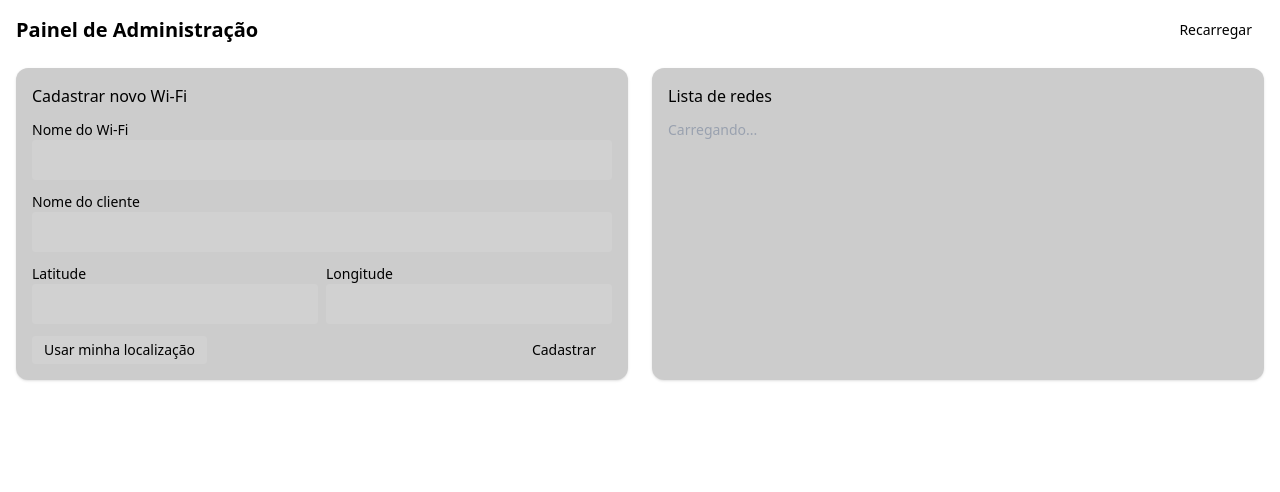
Repository: GRUPOMAX/redes.wifi
Page: /admin
An editor plug-in stored every save of this project. The page is shown before and after the next save, followed by the edit.
The browser window is 1280 px wide. The pictures show the whole page.
The page's requests for data from a server got no answer. The project was rebuilt for these pictures with package versions that can differ from the ones it lists, and the page was loaded fresh each time. No one was signed in, and anything a server would have sent is missing. Also part of the build but not shown: vite.config.ts, src/components/MapView.tsx, src/components/FloatingCard.tsx, src/store/useGeo.ts, src/App.tsx, src/components/WifiList.tsx, src/components/MapModal.tsx.

Above is the page before, as saved 2025-10-21 21:36:38.

After the next save:
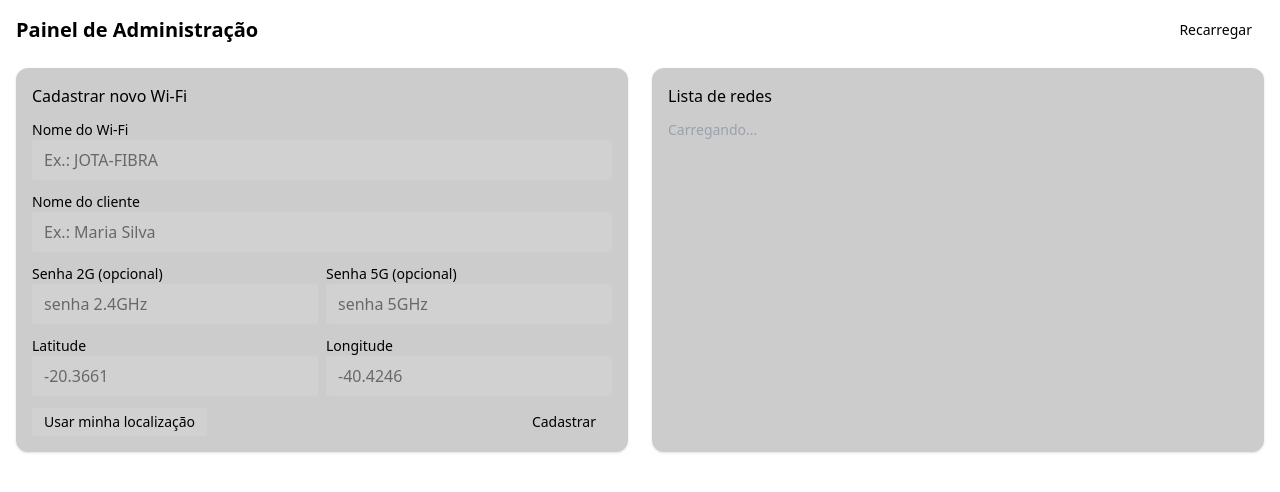
Saved 4 s later.
--- a/src/components/WifiForm.tsx
+++ b/src/components/WifiForm.tsx
@@ -8,6 +8,8 @@ interface WifiFormProps {
 export default function WifiForm({ onAdd }: WifiFormProps) {
   const [nome, setNome] = useState("");
   const [cliente, setCliente] = useState("");
+  const [senha2g, setSenha2g] = useState("");
+  const [senha5g, setSenha5g] = useState("");
   const [lat, setLat] = useState("");
   const [lng, setLng] = useState("");
   const [error, setError] = useState<string | null>(null);
@@ -17,7 +19,7 @@ export default function WifiForm({ onAdd }: WifiFormProps) {
     if (!cliente.trim()) return "Nome do cliente obrigatório";
     if (!lat.trim() || !lng.trim()) return "Coordenadas obrigatórias";
     if (isNaN(Number(lat)) || isNaN(Number(lng)))
-      return "Latitude e longitude precisam ser números";
+      return "Latitude e longitude precisam ser números válidos";
     return null;
   }
 
@@ -26,14 +28,21 @@ export default function WifiForm({ onAdd }: WifiFormProps) {
     const err = validate();
     if (err) return setError(err);
     setError(null);
+
     await onAdd({
       ["NOME-WIFI"]: nome.trim(),
       ["NOME-CLIENTE"]: cliente.trim(),
+      ["SENHA-WIFI-2G"]: senha2g || null,
+      ["SENHA-WIFI-5G"]: senha5g || null,
       LATITUDE: Number(lat),
       LONGITUDE: Number(lng),
     });
+
+    // limpa o form
     setNome("");
     setCliente("");
+    setSenha2g("");
+    setSenha5g("");
     setLat("");
     setLng("");
   }
@@ -61,16 +70,41 @@ export default function WifiForm({ onAdd }: WifiFormProps) {
           className="w-full px-3 py-2 rounded bg-white/10"
           value={nome}
           onChange={(e) => setNome(e.target.value)}
+          placeholder="Ex.: JOTA-FIBRA"
         />
       </div>
+
       <div>
         <label className="block text-sm">Nome do cliente</label>
         <input
           className="w-full px-3 py-2 rounded bg-white/10"
           value={cliente}
           onChange={(e) => setCliente(e.target.value)}
+          placeholder="Ex.: Maria Silva"
         />
       </div>
+
+      <div className="grid md:grid-cols-2 gap-2">
+        <div>
+          <label className="block text-sm">Senha 2G (opcional)</label>
+          <input
+            className="w-full px-3 py-2 rounded bg-white/10"
+            value={senha2g}
+            onChange={(e) => setSenha2g(e.target.value)}
+            placeholder="senha 2.4GHz"
+          />
+        </div>
+        <div>
+          <label className="block text-sm">Senha 5G (opcional)</label>
+          <input
+            className="w-full px-3 py-2 rounded bg-white/10"
+            value={senha5g}
+            onChange={(e) => setSenha5g(e.target.value)}
+            placeholder="senha 5GHz"
+          />
+        </div>
+      </div>
+
       <div className="grid grid-cols-2 gap-2">
         <div>
           <label className="block text-sm">Latitude</label>
@@ -78,6 +112,7 @@ export default function WifiForm({ onAdd }: WifiFormProps) {
             className="w-full px-3 py-2 rounded bg-white/10"
             value={lat}
             onChange={(e) => setLat(e.target.value)}
+            placeholder="-20.3661"
           />
         </div>
         <div>
@@ -86,9 +121,11 @@ export default function WifiForm({ onAdd }: WifiFormProps) {
             className="w-full px-3 py-2 rounded bg-white/10"
             value={lng}
             onChange={(e) => setLng(e.target.value)}
+            placeholder="-40.4246"
           />
         </div>
       </div>
+
       <div className="flex gap-2">
         <button
           type="button"
@@ -104,6 +141,7 @@ export default function WifiForm({ onAdd }: WifiFormProps) {
           Cadastrar
         </button>
       </div>
+
       {error && <div className="text-sm text-red-400">{error}</div>}
     </form>
   );
